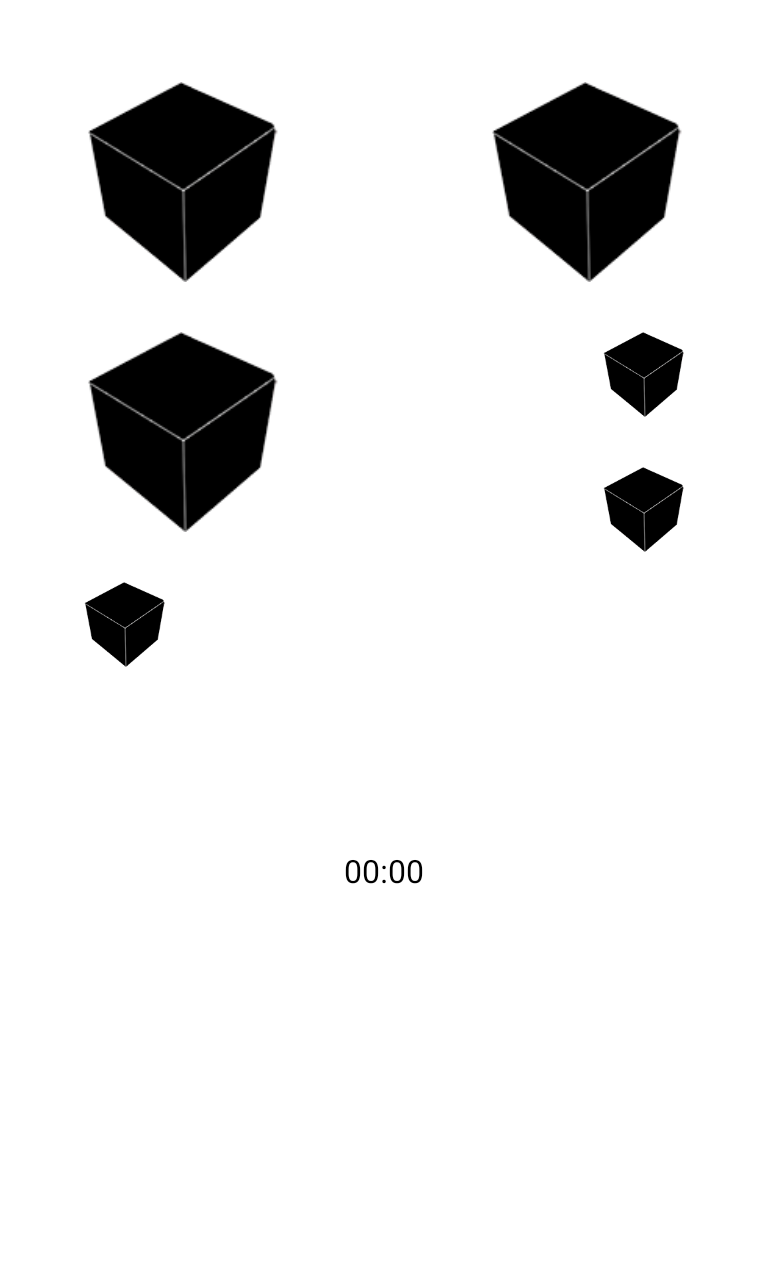
Repository: DSKarramba/university
Layout: models_and_methods_ICS/lab_01/code/calc/res/layout/activity_main.xml
The author's editor kept a copy of each file at every save. The layout is drawn from the files as they stood at one save, then again after the next save.
It is drawn on a 768 x 1280 px phone screen (xhdpi) without system bars, with theme AppTheme; the app's code is not run.

Above is the layout before, as saved 2014-12-11 03:09:51.

After the next save:
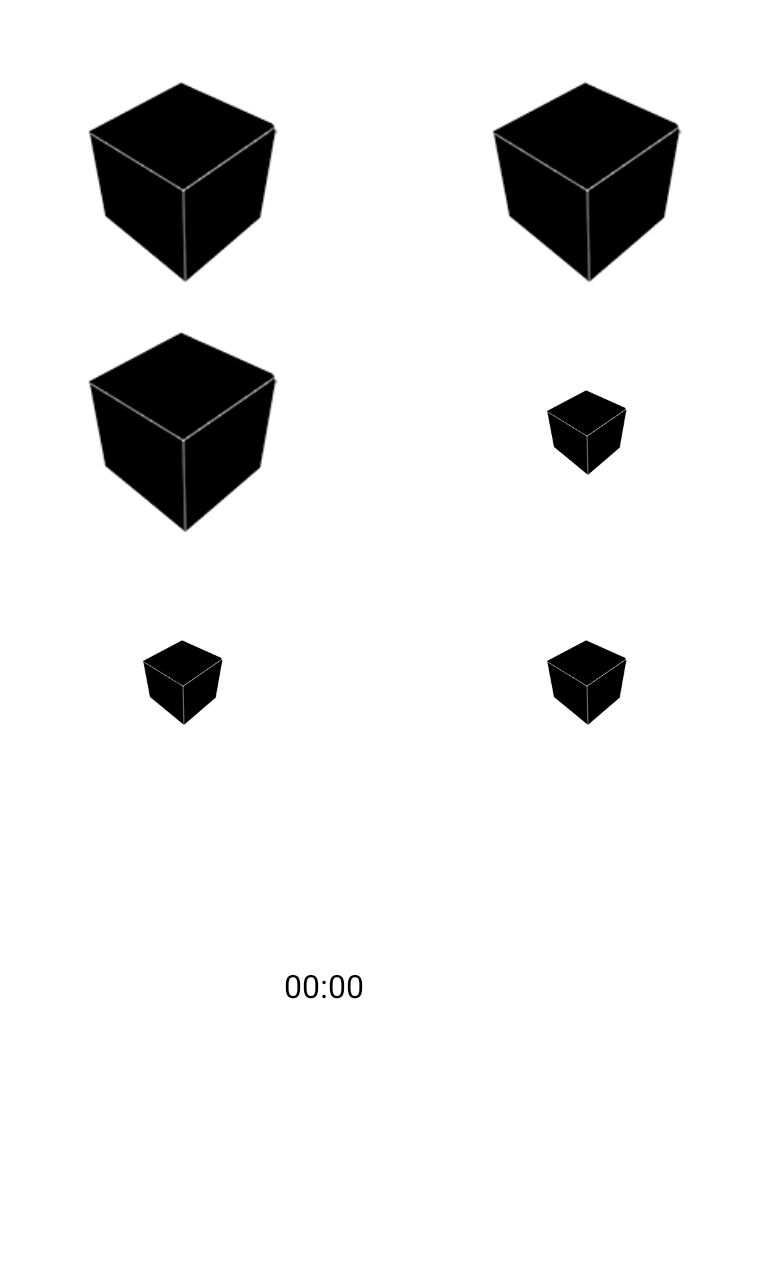
Saved 11 s later.
--- a/models_and_methods_ICS/lab_01/code/calc/res/layout/activity_main.xml
+++ b/models_and_methods_ICS/lab_01/code/calc/res/layout/activity_main.xml
@@ -50,8 +50,8 @@
 
     <ImageButton
         android:id="@+id/img4"
-        android:layout_width="wrap_content"
-        android:layout_height="wrap_content"
+        android:layout_width="100dp"
+        android:layout_height="100dp"
         android:layout_alignParentRight="true"
         android:layout_below="@+id/img2"
         android:layout_marginRight="25dp"
@@ -62,8 +62,8 @@
 
     <ImageButton
         android:id="@+id/img5"
-        android:layout_width="wrap_content"
-        android:layout_height="wrap_content"
+        android:layout_width="100dp"
+        android:layout_height="100dp"
         android:layout_alignParentLeft="true"
         android:layout_below="@+id/img3"
         android:layout_marginLeft="25dp"
@@ -74,8 +74,8 @@
 
     <ImageButton
         android:id="@+id/img6"
-        android:layout_width="wrap_content"
-        android:layout_height="wrap_content"
+        android:layout_width="100dp"
+        android:layout_height="100dp"
         android:layout_alignParentRight="true"
         android:layout_below="@+id/img4"
         android:layout_marginRight="25dp"
@@ -86,8 +86,8 @@
 
     <Chronometer
         android:id="@+id/chronometer1"
-        android:layout_width="wrap_content"
-        android:layout_height="wrap_content"
+        android:layout_width="100dp"
+        android:layout_height="100dp"
         android:layout_below="@+id/img5"
         android:layout_centerHorizontal="true"
         android:layout_marginTop="91dp"
